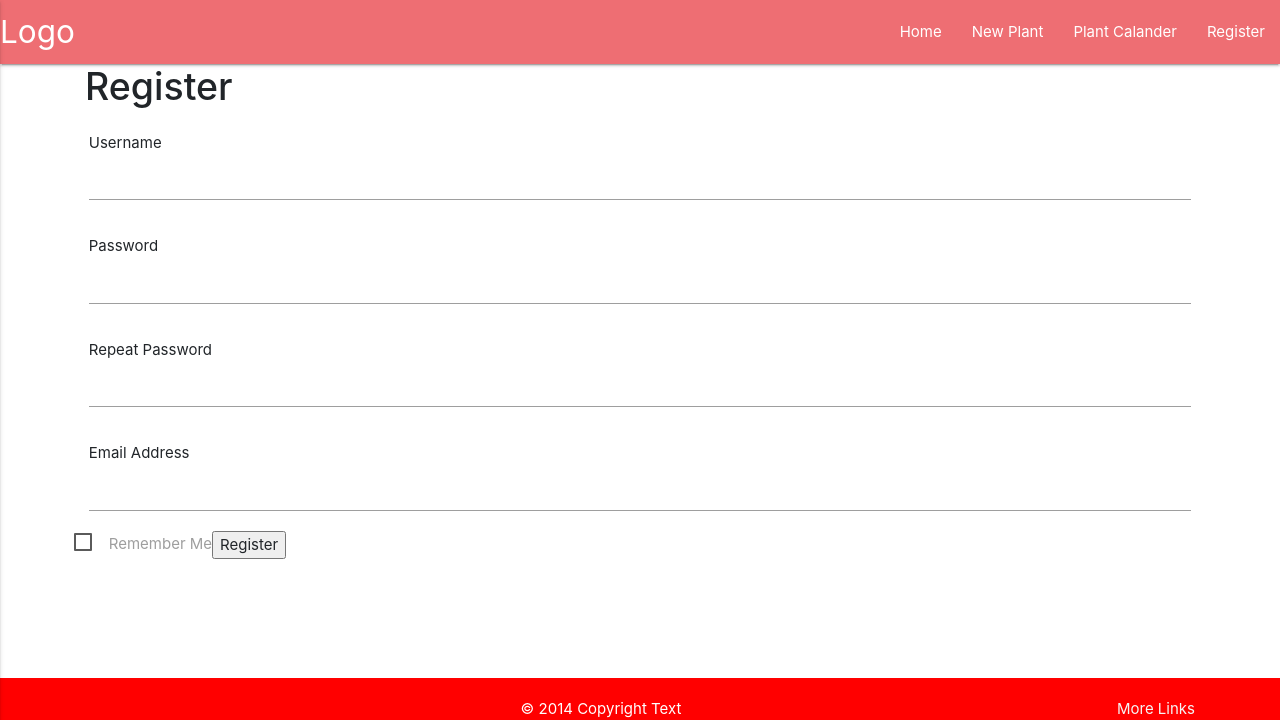
Repository: Lemoenskil/Milestone_project_3_Garden_planner
Page: http://localhost/register
The author's editor kept a record of every edit. The page is drawn from the files as they stood at one moment, then again after the next edit.
The browser window is 1280 px wide. The pictures show the whole page.
Some web libraries are served in a nearby version. The page is served by the project's application, run on Flask 3 (app.py).

Above is the page before.
Console error: TypeError: $(...).floatingActionButton is not a function

### templates/register.html
{% extends "base.html" %}
{% block content %}
    <h1>Register</h1>
    {% with messages = get_flashed_messages() %}
        {% if messages %}
            <ul>
                {% for message in messages %}
                    <li class="alert-warning">{{ message }}</li>
                {% endfor %}
            </ul>
        {% endif %}
    {% endwith %}
    <form action="" method="post">
        {{ form.csrf_token }}
        <div class="row">

        <div class="input-field col-sm-12 col-md-12 col-lg-12>
            {{ form.username.label }}<br>
            {{ form.username(size=32) }}<br>
            {% for error in form.username.errors %}
                <span style="color: red;">{{ error }}</span>
            {% endfor %}
        </div>
        <div class="input-field col-sm-12 col-md-12 col-lg-12>
            {{ form.password.label }}<br>
            {{ form.password(size=32) }}<br>
            {% for error in form.password.errors %}
                <span style="color: red;">{{ error }}</span>
            {% endfor %}
        </div>
        <div class="input-field col-sm-12 col-md-12 col-lg-12>
            {{ form.password2.label }}<br>
            {{ form.password2(size=32) }}<br>
            {% for error in form.password2.errors %}
                <span style="color: red;">{{ error }}</span>
            {% endfor %}
        </div>
        <div class="input-field col-sm-12 col-md-12 col-lg-12>
            {{ form.email.label }}<br>
            {{ form.email(size=32) }}<br>
            {% for error in form.email.errors %}
                <span style="color: red;">{{ error }}</span>
            {% endfor %}
        </div>

            <p>
            {{ form.remember_me() }} {{ form.remember_me.label }}
            </p>

        <p>{{ form.submit() }}</p>
        </div>
    </form>

{% endblock %}

### templates/base.html
<!DOCTYPE html>
<html lang="en">
<head>
    <meta charset="UTF-8">
    <meta name="viewport" content="width=device-width, initial-scale=1.0">
    <meta http-equiv="X-UA-Compatible" content="ie=edge">
    <link href="https://fonts.googleapis.com/icon?family=Material+Icons" rel="stylesheet">
    <link rel="stylesheet" href="https://cdnjs.cloudflare.com/ajax/libs/materialize/0.100.2/css/materialize.min.css">
    <link href="https://stackpath.bootstrapcdn.com/bootstrap/4.4.1/css/bootstrap.min.css" rel="stylesheet" integrity="sha384-Vkoo8x4CGsO3+Hhxv8T/Q5PaXtkKtu6ug5TOeNV6gBiFeWPGFN9MuhOf23Q9Ifjh" crossorigin="anonymous">
    <link rel="stylesheet" href="{{url_for('static', filename='css/style.css')}}" type="text/css" />
    <title>Garden Planner</title>
</head>
<body>
    <header>
       <nav>
            <div class="nav-wrapper">
                <a href="#!" class="brand-logo">Logo</a>
                <a href="#" data-activates="mobile-demo" class="button-collapse"><i class="material-icons">menu</i></a>
                <ul class="right hide-on-med-and-down">
                    <li><a href="{{url_for('get_plant_record')}}">Home</a></li>
                    <li><a href="{{url_for('add_plant')}}">New Plant</a></li>
                    <li><a href="{{url_for('list_plant')}}">Plant Calander</a></li>
                    <li><a href="{{url_for('register_new_user')}}">Register</a></li>
                </ul>
                <ul class="side-nav" id="mobile-demo">
                    <li><a href="{{url_for('get_plant_record')}}">Home</a></li>
                    <li><a href="{{url_for('add_plant')}}">New Plant</a></li>
                    <li><a href="{{url_for('list_plant')}}">Plant Calander</a></li>
                    <li><a href="{{url_for('register_new_user')}}">Mobile</a></li>
                </ul>
            </div>
        </nav>
    </header>

    <main class="container">
        {% block content %}{% endblock %}

    </main>

    <footer class="page-footer">
        <div class="container" class="footer-copyright">
            © 2014 Copyright Text
            <a class="grey-text text-lighten-4 right" href="#!">More Links</a>
        </div>
    </footer>

    <script src="https://code.jquery.com/jquery-3.4.1.slim.min.js" integrity="sha384-J6qa4849blE2+poT4WnyKhv5vZF5SrPo0iEjwBvKU7imGFAV0wwj1yYfoRSJoZ+n" crossorigin="anonymous"></script>
    <script src="https://cdnjs.cloudflare.com/ajax/libs/jquery/3.2.1/jquery.min.js"></script>
    <script src="https://stackpath.bootstrapcdn.com/bootstrap/4.4.1/js/bootstrap.min.js"></script>
    <script src="https://cdnjs.cloudflare.com/ajax/libs/materialize/0.100.2/js/materialize.min.js"></script>
    <script src="https://maxcdn.bootstrapcdn.com/bootstrap/4.1.1/js/bootstrap.min.js"></script>
    <script type="text/javascript">
        $(document).ready(function() {
            $(".button-collapse").sideNav();
            $('.fixed-action-btn').floatingActionButton();
        });
        $('#myModal').on('shown.bs.modal', function () {
             $('#myInput').trigger('focus')
        });
    </script>
</body>

</html>

### app.py
import os
from flask import Flask, render_template, redirect, request, url_for, session, flash
from flask_pymongo import PyMongo
from form import LoginForm, RegisterForm
from bson.objectid import ObjectId
import math
import re
import bcrypt



app = Flask ("----name----")
app.config["MONGO_DBNAME"] = 'garden_planner'
app.config["MONGO_URI"] = 'mongodb+srv://CP3O:iYmkh8QOgi2fhu2y@lemoenskil-4vjdx.mongodb.net/garden_planner?retryWrites=true&w=majority'

# Set the secret key to some random bytes. Keep this really secret!
app.secret_key = os.environ.get('SECRET_KEY') or 'y6rdh777y685hf67gk9786j65g9h*&^^*(^'

plants_per_page = 6

mongo = PyMongo(app)

@app.route('/')
@app.route('/plant_records')
def get_plant_record():
    page_number = int(request.args.get('page', 1))
    plants_to_skip = (page_number - 1) * plants_per_page
    plant_count = mongo.db.plant_data.count({})
    page_count = int(math.ceil(plant_count / plants_per_page))
    page_numbers = range(1, page_count + 1)
    plants_on_page = mongo.db.plant_data.find().skip(plants_to_skip).limit(plants_per_page)
    return render_template("plant_records.html", title="Home", plants=plants_on_page, page=page_number, pages=page_numbers, total=page_count)

@app.route('/register', methods=['GET', 'POST'])
def register_new_user():
    """Registers a new user"""
    form = RegisterForm(request.form)
    if form.validate_on_submit():
        all_existing_users = mongo.db.user_data
        found_user = all_existing_users.find_one({
            'name': request.form['username']
        })

        if found_user:
            flash(f"Username `{request.form['username']}` is already taken. Please try a different username.")
            return redirect(url_for('register_new_user'))
        else:
            # Convert password to hash to prevent password leakage should we get hacked
            hashed_password = bcrypt.hashpw(
                request.form['password'].encode('utf-8'), bcrypt.gensalt()
            )
            all_existing_users.insert_one({
                'name': request.form['username'],
                'password': hashed_password,
                'email': request.form['email']
            })
            # User successfully registered, so treat the user as logged in.
            session['username'] = request.form['username']
            return redirect(url_for('get_plant_record'))
    return render_template('register.html', title='Register', form=form)


@app.route('/list_plant')
def list_plant():
    return render_template("list_plant.html", plants=mongo.db.plant_data.find())

@app.route('/view_plant/<plant_id>')
def view_plant(plant_id):
    """Shows full plant details"""
    mongo.db.plant_data.find_one(
        {'_id': ObjectId(plant_id)},
    )
    plant_db = mongo.db.plant_data.find_one_or_404({'_id': ObjectId(plant_id)})
    return render_template("view_plant.html", plant=plant_db)

@app.route('/add_plant')
def add_plant():
    return render_template("add_plant.html")

@app.route('/insert_plant', methods=['POST'])
def insert_plant():
    plants = mongo.db.plant_data
    plants.insert_one(convert_form_to_plant_data(request.form))
    return redirect(url_for('get_plant_record'))

@app.route('/update_plant/<plant_id>')
def update_plant(plant_id):
    plants =  mongo.db.plant_data.find_one({"_id": ObjectId(plant_id)})
    return render_template('update_plant.html', plant=plants)

def convert_form_to_plant_data(form):
    value_sowing_under_glass = [ month for month in range(1, 13) if f"sowing-under-glass-{month}" in form ]
    value_outside_seeding = [ month for month in range(1, 13) if f"outside-seeding-{month}" in form ]
    value_harvest = [ month for month in range(1, 13) if f"harvest-{month}" in form ]
    return {
        'plant_name':form.get('plant_name'),
        'picture_link':form.get('picture_link'),
        'crop_group': form.get('crop_group'),
        'crop_family': form.get('crop_family'),
        'soil':form.get('soil'),
        'frost_tolerant':form.get('frost_tolerant'),
        'position':form.get('position'),
        'feeding':form.get('feeding'),
        'companions':form.get('companions'),
        'spacing':form.get('spacing'),
        'Sow_and_Plant':form.get('Sow_and_Plant'),
        'Harvesting':form.get('Harvesting'),
        'Pests':form.get('Pests'),
        'Note':form.get('Note'),
        'value_sowing_under_glass':value_sowing_under_glass,
        'value_outside_seeding':value_outside_seeding,
        'value_harvest':value_harvest,
    }

@app.route('/edit_plant/<plant_id>', methods=["POST"])
def edit_plant(plant_id):
    plants = mongo.db.plant_data
    plants.update( {'_id': ObjectId(plant_id)}, convert_form_to_plant_data(request.form))
    return redirect(url_for('get_plant_record'))

@app.route('/delete_plant/<plant_id>')
def delete_plant(plant_id):
    mongo.db.plant_data.remove({'_id': ObjectId(plant_id)})
    return redirect(url_for('get_plant_record'))

@app.route('/search')
def search():
    """Provides logic for search bar"""
    query_A = request.args['query'].strip()
    regx = re.compile(f".*{query_A}.*", re.IGNORECASE)
    query = {'$regex': regx }
    results = mongo.db.plant_data.find({
        '$or': [
            {'plant_name': query},
            {'Note': query},
            {'crop_group': query},
        ]
    })
    return render_template('search_results.html', query=query_A, results=results)

if __name__ == '__main__':
    app.run(host=os.environ.get('IP'),
            port=int(os.environ.get('PORT')),
            debug=True)

### form.py
from flask_wtf import FlaskForm
from wtforms import StringField, PasswordField, BooleanField, SubmitField, TextAreaField
from wtforms.validators import DataRequired, Length, EqualTo, Email


class LoginForm(FlaskForm):
    username = StringField('Username', validators=[DataRequired()])
    password = PasswordField('Password', validators=[DataRequired()])
    remember_me = BooleanField('Remember Me')
    submit = SubmitField('Sign In')


class RegisterForm(FlaskForm):
    username = StringField('Username', validators=[DataRequired(),
                                                   Length(min=4, max=20)])
    password = PasswordField('Password',
                             validators=[DataRequired(),
                                         EqualTo('password2', message='Passwords must match')])
    password2 = PasswordField('Repeat Password')
    email = StringField('Email Address', validators=[Length(min=6, max=35), Email()])
    remember_me = BooleanField('Remember Me')
    submit = SubmitField('Register')

### static/css/style.css
.mt-5, .my-5 {
    margin: 2rem!important;
}

.card{
  width: 100%;
}

body {
  display: flex;
  min-height: 100vh;
  flex-direction: column;
}

main {
  flex: 1 0 auto;
}


.page-footer{
    position: fixed;
   left: 0;
   bottom: 0;
   width: 100%;
   background-color: red;
   color: white;
   text-align: center;
}

.card-sm{
  margin-bottom: 50px;
}

.form-control-borderless {
    border: none;
}

.form-control-borderless:hover, .form-control-borderless:active, .form-control-borderless:focus {
    border: none;
    outline: none;
    box-shadow: none;
}

.search_box{
    width: 100%;
    margin: 6%;
}
.align-items-center{
    margin: 0px!important;
}

.under-glass{
    background-color: yellow;
}
.outside-seeding {
    background-color: orange;
}

.harvest{
    background-color: green;
}
.header-edit-form{
    text-align: center;
}

.list_headings{
    color: #d8e332!important;
}

.jumbotron{
    margin-top: 10px;
}

.input-group{
  display:table;
  width:100%;
}
.input-group .input-field,
.input-group .input-group-addon{
  display:table-cell;
}

.page-item.active .page-link{
    z-index: 0!important;
}

.card-img-top{
    width: 100%;
    height: 200px;
    object-fit: cover;
}
.modal{
    background-color: transparent;
    max-height: 100%;
}

.modal .modal-footer{
    background-color: transparent;
}

.container {
    overflow: auto;
}

After the next edit:
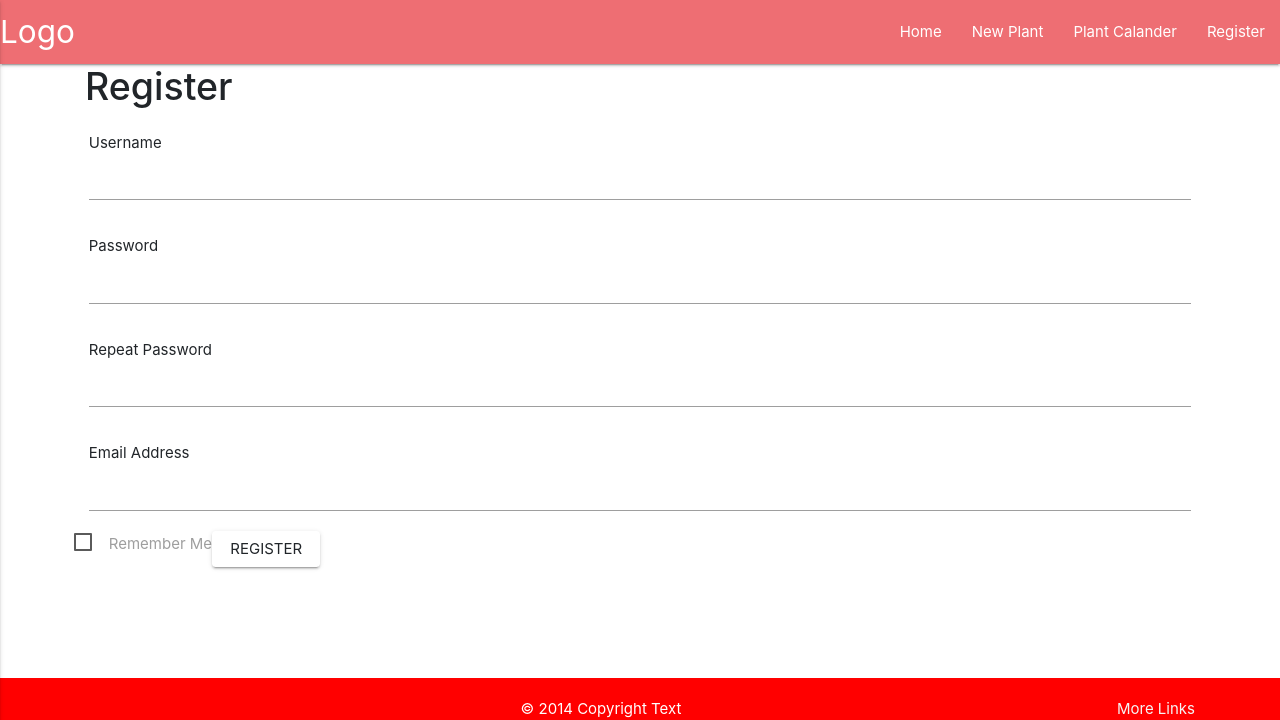
The edit:
--- a/templates/register.html
+++ b/templates/register.html
@@ -46,8 +46,9 @@
             <p>
             {{ form.remember_me() }} {{ form.remember_me.label }}
             </p>
-
-        <p>{{ form.submit() }}</p>
+        <button class="btn waves-effect waves-light">
+            <p>{{ form.submit() }}</p>
+        </button>
         </div>
     </form>
 
